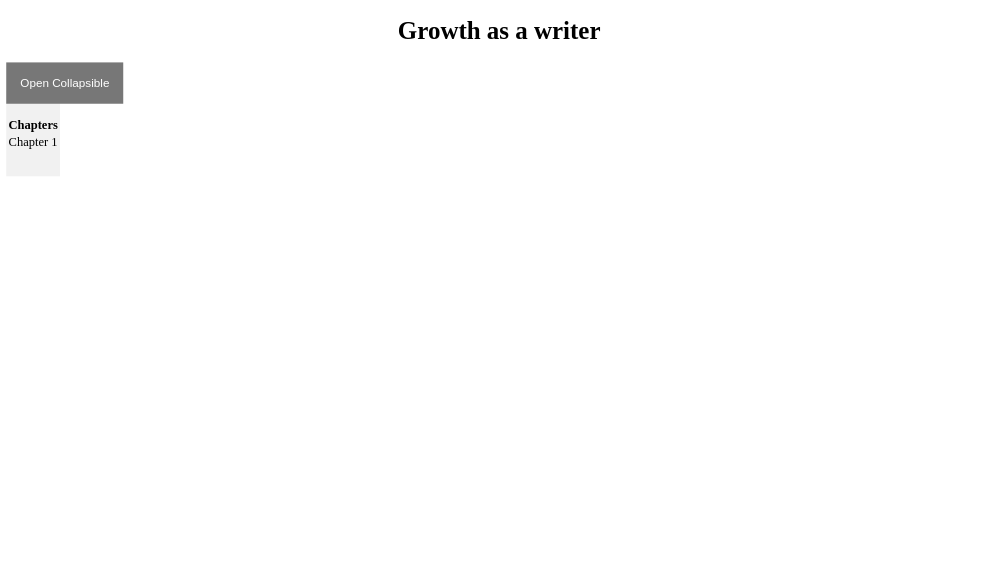
Repository: jpaisiem/WP-4
Page: index.html
These files come from the project's save history. The page is drawn as it stood at one moment and after the next save; the edit follows.
The browser window is 1280 px wide. The pictures show the whole page, at 78% of full size.

Above is the page before, as saved 2025-04-29 12:14:36.

After the next save:
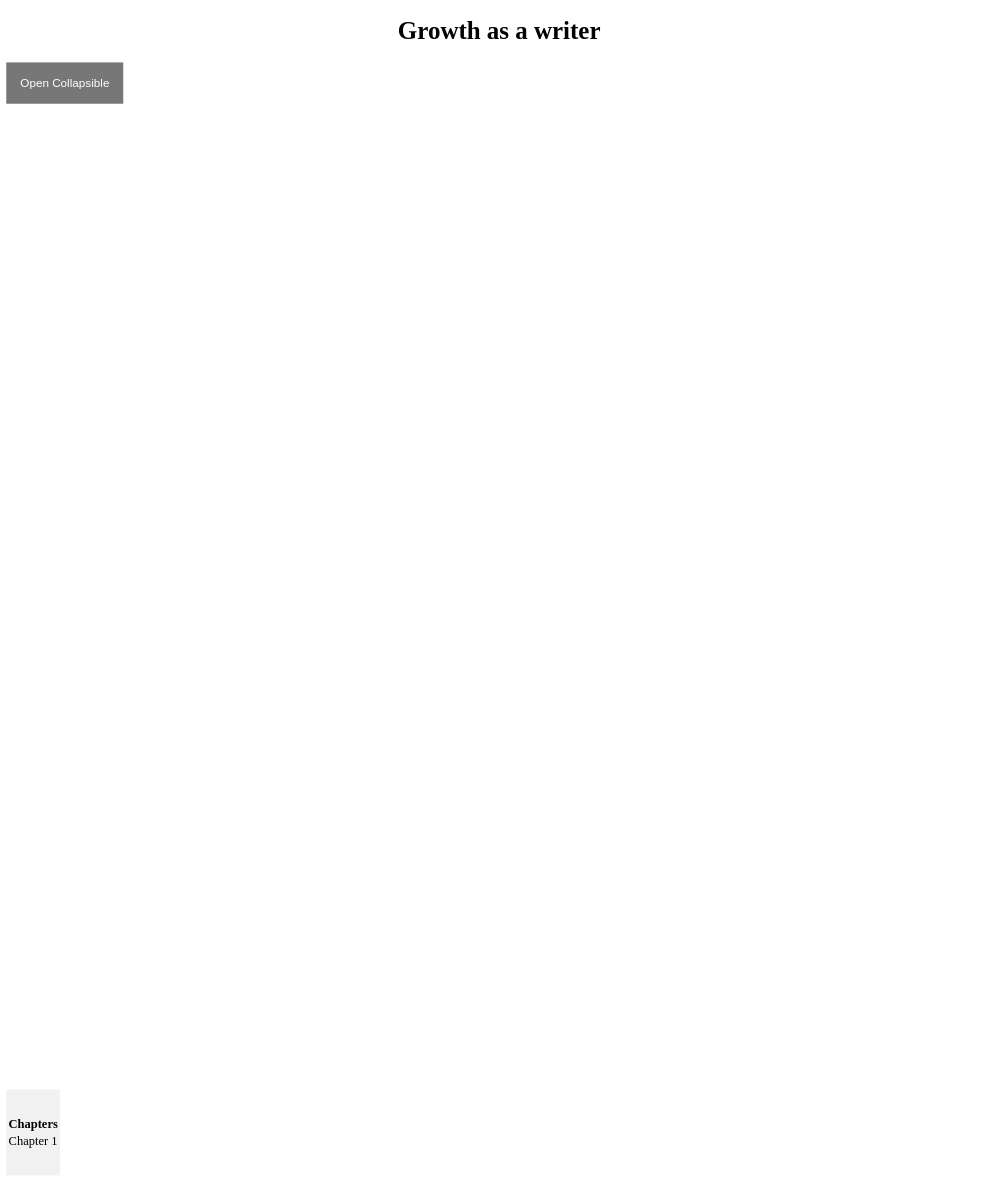
Saved 4 s later.
--- a/index.html
+++ b/index.html
@@ -13,7 +13,7 @@
   text-align: left;
   outline: none;
   font-size: 15px;
-  margin-bottom: -100%;
+  margin-bottom: 100%;
 }
 
 .active, .collapsible:hover {
